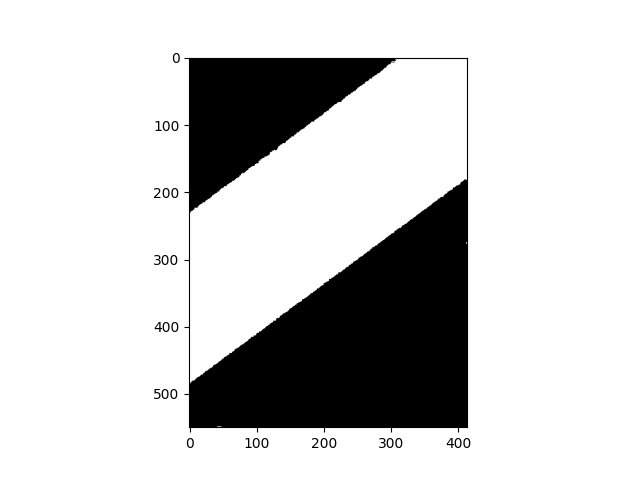
Repository: simonnchong/Computer_Vision
Script's output: python Thresholding.py
The author's editor kept a copy of each file at every save. The script's output is drawn from the files as they stood at one save, then again after a run of saves.
Random numbers start from a fixed seed. It also reads DATA/rainbow.jpg.

Above is the script's output before, as saved 2024-02-06 16:11:57.

After the next 3 saves:
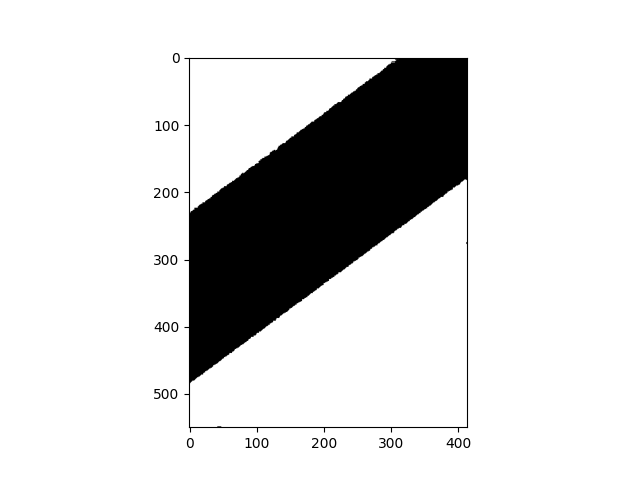
The 3 saves are shown as one change because they came seconds apart.
The last was saved 10 s later.
--- a/Thresholding.py
+++ b/Thresholding.py
@@ -5,7 +5,7 @@ img = cv2.imread("DATA/rainbow.jpg", 0)
 
 # plt.imshow(img, cmap="gray")
 
-ret, thresh1 = cv2.threshold(img, 128, 255, cv2.THRESH_BINARY)
+ret, thresh1 = cv2.threshold(img, 128, 255, cv2.THRESH_BINARY_INV)
 print(ret)
 
 plt.imshow(thresh1, cmap="gray")
